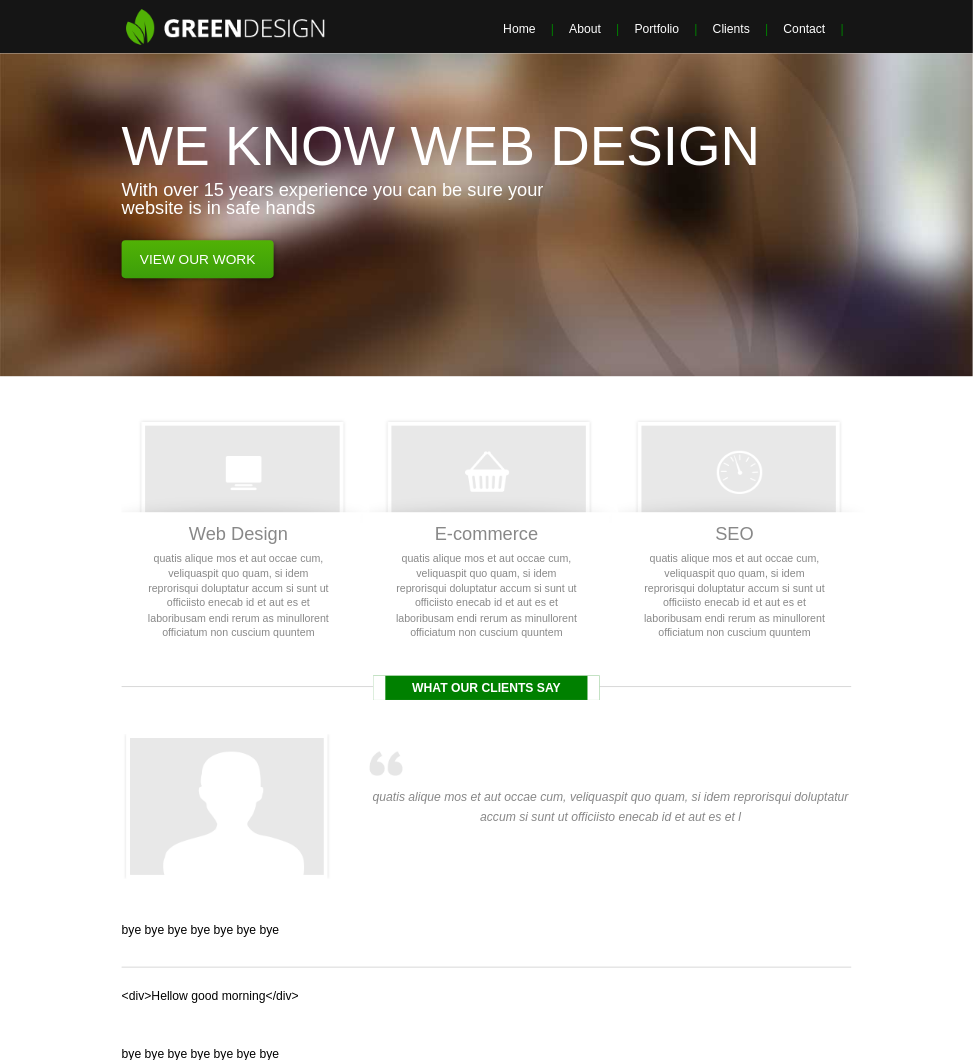
Repository: prathmeshgodbole/Javascript
Page: Basics/Jquery/index.html
An editor plug-in stored every save of this project. The page is shown before and after the next save, followed by the edit.
The browser window is 1280 px wide. The pictures show the whole page, at 76% of full size.

Above is the page before, as saved 2020-08-07 15:47:32.

After the next save:
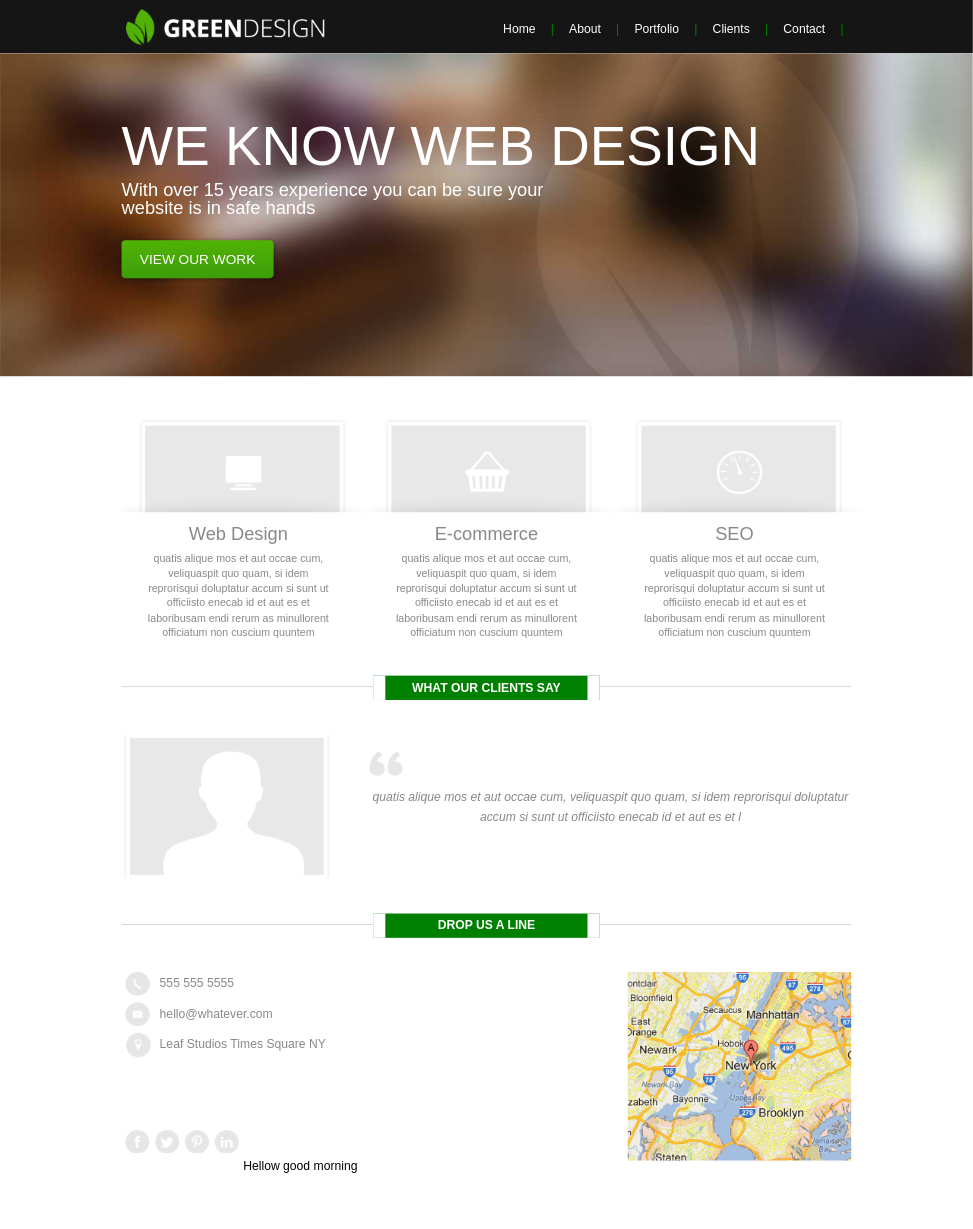
Saved 18 s later.
--- a/Basics/Jquery/scripts/adding-content.js
+++ b/Basics/Jquery/scripts/adding-content.js
@@ -3,12 +3,12 @@
  //append()
  $("#contact").append(paragraph);
  //  //prepend()
- $("#contact").prepend(para);
- //  //before()
- $("#contact").before(para);
- //  //after()
- $("#contact").after(para);
- //  //html()
- $("#contact").html(paragraph);
- //  //text()
- $("#contact").text(paragraph);
+ //  $("#contact").prepend(para);
+ //  //  //before()
+ //  $("#contact").before(para);
+ //  //  //after()
+ //  $("#contact").after(para);
+ //  //  //html()
+ //  $("#contact").html(paragraph);
+ //  //  //text()
+ //  $("#contact").text(paragraph);
